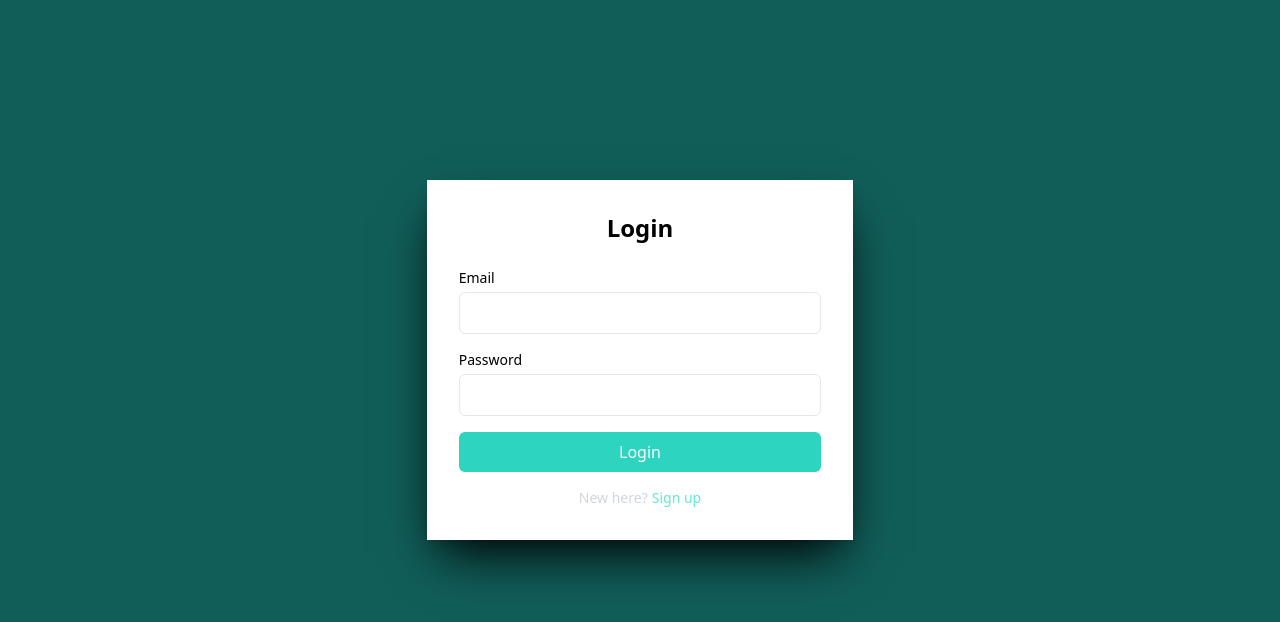
Repository: alizey12/POS-React-website
Page: /
The author's editor kept a copy of each file at every save. The page is drawn from the files as they stood at one save, then again after the next save.
The browser window is 1280 px wide. The pictures show the whole page.
The project was rebuilt for these pictures with package versions that can differ from the ones it lists, and the page was loaded fresh each time. Also part of the build but not shown: vite.config.js, src/navbar.jsx, src/sidebar.jsx, src/Dashboard.jsx.

Above is the page before, as saved 2024-12-30 22:54:38.

### src/App.jsx
import { BrowserRouter as Router, Routes, Route } from 'react-router-dom';
import LoginPage from "./login"
import Dashboard from './Dashboard';

function App() {
  return (
    <Router>
      <Routes>
        <Route path="/" element={<LoginPage />} />
        <Route path="/dashboard" element={<Dashboard />} />
      </Routes>
    </Router>
  );
}

export default App;

### src/login.jsx
import { useState } from 'react';
import toast, { Toaster } from 'react-hot-toast';
import { useNavigate } from 'react-router-dom';

const SignupLogin = () => {
  const [isLogin, setIsLogin] = useState(true);
  const [formData, setFormData] = useState({
    email: '',
    password: '',
    confirmPassword: '',
  });
  const [errors, setErrors] = useState({});
  const [storedUser, setStoredUser] = useState(null);
  const navigate = useNavigate();

  const toggleForm = () => setIsLogin(!isLogin);

  const handleChange = (e) => {
    const { name, value } = e.target;
    setFormData({ ...formData, [name]: value });
    setErrors({ ...errors, [name]: '' }); // Clear error on change
  };

  const validateForm = () => {
    const newErrors = {};
    if (!formData.email) newErrors.email = 'Please enter email';
    if (!formData.password) newErrors.password = 'Please enter password';
    if (!isLogin && formData.password !== formData.confirmPassword) {
      newErrors.confirmPassword = 'Passwords do not match';
    }
    setErrors(newErrors);
    return Object.keys(newErrors).length === 0;
  };

  const handleSubmit = (e) => {
    e.preventDefault();
    if (!validateForm()) return;

    const { email, password } = formData;

    if (isLogin) {
      if (storedUser && email === storedUser.email && password === storedUser.password) {
        toast.success('Login successful!');
        setTimeout(() => navigate('/dashboard'), 1500);
      } else {
        toast.error('Your email or password is incorrect. Please try again.');
      }
    } else {
      setStoredUser({ email, password });
      toast.success('Signup successful!');
      setTimeout(() => setIsLogin(true), 1500);
    }
  };

  return (
    <div className="flex items-center justify-center min-h-screen  bg-teal-800 to-yellow-500">
      <div className=" bg-white w-1/3 shadow-lg rounded-lg">

        <div className="w-full bg-white shadow-black shadow-2xl p-8 justify-center">
          <h2 className="text-2xl font-bold text-center ">
            {isLogin ? 'Login' : 'Sign Up'}
          </h2>
          <form onSubmit={handleSubmit} className="mt-6 space-y-4">
            <div>
              <label className="block text-sm font-medium ">Email</label>
              <input
                type="email"
                name="email"
                value={formData.email}
                onChange={handleChange}
                className="mt-1 block w-full p-2 border rounded-md focus:outline-none focus:ring-blue-500 focus:border-blue-500"
              />
              {errors.email && <p className="text-red-500 text-sm mt-1">{errors.email}</p>}
            </div>
            <div>
              <label className="block text-sm font-medium ">Password</label>
              <input
                type="password"
                name="password"
                value={formData.password}
                onChange={handleChange}
                className="mt-1 block w-full p-2 border rounded-md focus:outline-none focus:ring-blue-500 focus:border-blue-500"
              />
              {errors.password && <p className="text-red-500 text-sm mt-1">{errors.password}</p>}
            </div>
            {!isLogin && (
              <div>
                <label className="block text-sm font-medium ">Confirm Password</label>
                <input
                  type="password"
                  name="confirmPassword"
                  value={formData.confirmPassword}
                  onChange={handleChange}
                  className="mt-1 block w-full p-2 border rounded-md focus:outline-none focus:ring-blue-500 focus:border-blue-500"
                />
                {errors.confirmPassword && <p className="text-red-500 text-sm mt-1">{errors.confirmPassword}</p>}
              </div>
            )}
            <button
              type="submit"
              className="w-full bg-teal-400 text-white p-2 rounded-md hover:bg-teal-200 focus:outline-none focus:ring-2 focus:ring-blue-500 focus:ring-offset-2"
            >
              {isLogin ? 'Login' : 'Sign Up'}
            </button>
          </form>
          <p className="text-center text-sm text-gray-300 mt-4">
            {isLogin ? 'New here?' : 'Already have an account?'}
            <button
              type="button"
              onClick={toggleForm}
              className="ml-1 text-teal-300 hover:underline"
            >
              {isLogin ? 'Sign up' : 'Login'}
            </button>
          </p>
        </div>
      </div>
      <Toaster />
    </div>
  );
};

export default SignupLogin;

Loaded but not shown: index.html (common file); src/main.jsx (common file); src/index.css (common file); tailwind.config.js (common file)

After the next save:
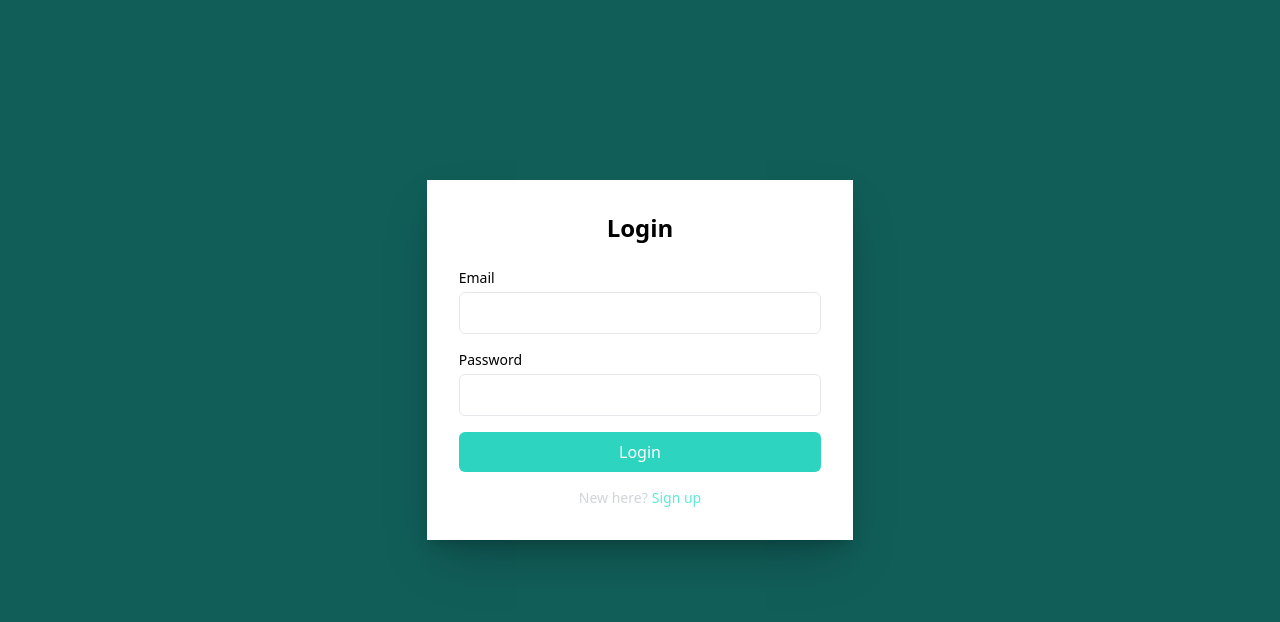
Saved 9 s later.
--- a/src/login.jsx
+++ b/src/login.jsx
@@ -56,7 +56,7 @@ const SignupLogin = () => {
     <div className="flex items-center justify-center min-h-screen  bg-teal-800 to-yellow-500">
       <div className=" bg-white w-1/3 shadow-lg rounded-lg">
 
-        <div className="w-full bg-white shadow-black shadow-2xl p-8 justify-center">
+        <div className="w-full bg-white shadow- shadow-2xl p-8 justify-center">
           <h2 className="text-2xl font-bold text-center ">
             {isLogin ? 'Login' : 'Sign Up'}
           </h2>
